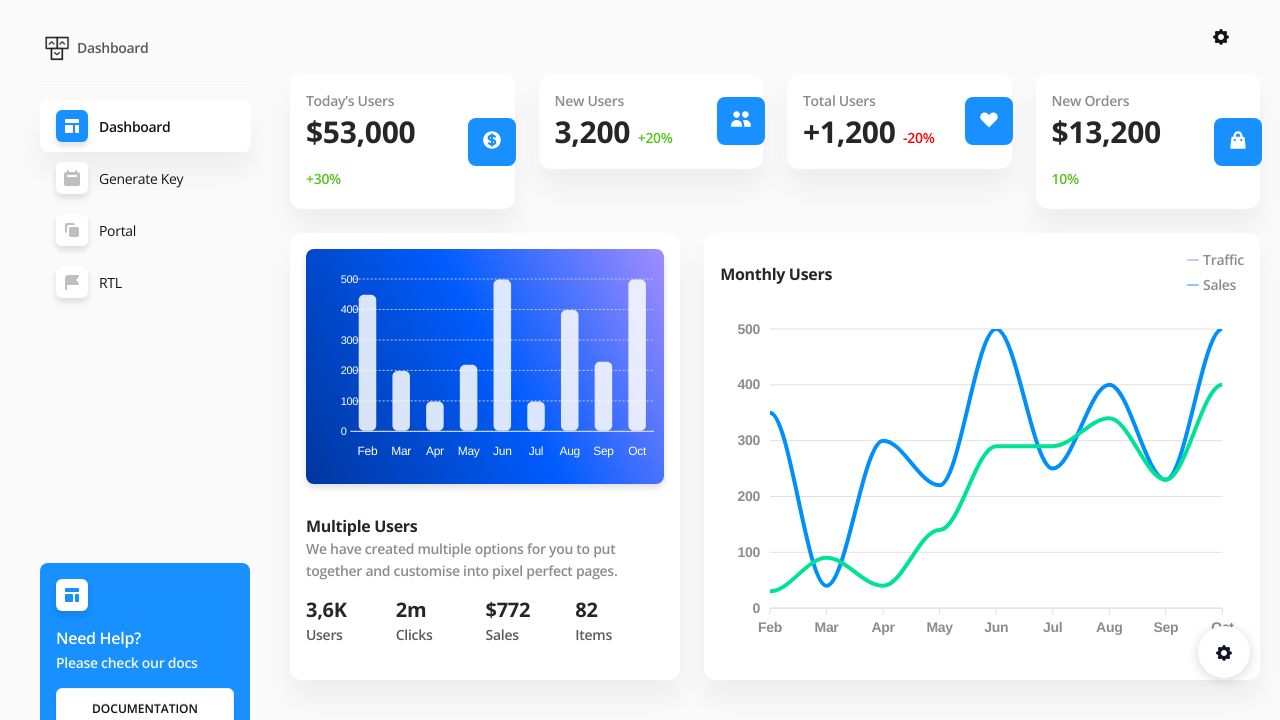
Repository: ahabalikhan/api-analytics-app-fe
Page: /
These files come from the project's save history. The page is drawn as it stood at one moment and after the next save; the edit follows.
The browser window is 1280 px wide. The pictures show the whole page.
The project was rebuilt for these pictures with package versions that can differ from the ones it lists, and the page was loaded fresh each time. Also part of the build but not shown: src/pages/Profile.js, src/components/layout/Footer.js. Imported but missing from the stored project, and not drawn on this page: src/pages/Billing, src/pages/Rtl, src/pages/Tables.

Above is the page before, as saved 2022-07-16 22:05:39.

### src/assets/styles/responsive.css
/*!
=========================================================
* Muse Ant Design Dashboard - v1.0.0
=========================================================
* Product Page: https://www.creative-tim.com/product/muse-ant-design-dashboard
* Copyright 2021 Creative Tim (https://www.creative-tim.com)
* Licensed under MIT (https://github.com/creativetimofficial/muse-ant-design-dashboard/blob/main/LICENSE.md)
* Coded by Creative Tim
=========================================================
* The above copyright notice and this permission notice shall be included in all copies or substantial portions of the Software.
*/
@media (min-width: 992px) {
  .layout-dashboard .ant-layout-footer {
    margin: 0 0 20px 20px;
  }
  .layout-dashboard .ant-layout-sider.sider-primary {
    margin: 20px 0 0 20px;
    padding: 13px 20px;
    height: calc(100vh - 20px);
  }
  .layout-dashboard .ant-layout {
    width: auto;
    flex-shrink: 1;
    margin-left: 270px;
  }
  .layout-dashboard .header-control .sidebar-toggler {
    display: none;
  }
}

@media (min-width: 768px) {
  .layout-dashboard .ant-layout-header {
    margin: 10px 20px;
  }
  .layout-dashboard .header-control {
    margin-top: 0;
  }
  .layout-dashboard .header-control .header-search {
    margin: 0 7px;
  }
  .layout-dashboard .header-control .btn-sign-in span {
    display: inline;
  }
  .profile-nav-bg {
    margin-top: -87.8px;
  }
  .card-profile-head {
    margin: -53px 24px 24px;
  }
}

@media (min-width: 992px) {
  .card-billing-info.ant-card .ant-card-body {
    display: flex;
  }
  .layout-dashboard-rtl {
    overflow: auto;
  }
  .layout-dashboard-rtl .ant-layout-sider.sider-primary {
    margin: 20px 20px 0 0;
    height: calc(100vh - 20px);
  }
  .layout-dashboard-rtl .ant-layout-sider.sider-primary {
    right: 0;
    left: auto;
  }
  .layout-dashboard-rtl .ant-layout-sider.sider-primary {
    right: 0;
    left: auto;
  }
  .layout-dashboard-rtl .ant-layout {
    margin-right: 270px;
    margin-left: 0;
  }
  .layout-dashboard-rtl .ant-layout-footer {
    margin: 0 20px 20px 0;
  }
}

@media (max-width: 768px) {
  .layout-dashboard.layout-dashboard-rtl .header-control {
    justify-content: flex-end;
  }
}

### src/components/chart/configs/eChart.js
const eChart = {
  series: [
    {
      name: "Clicks",
      data: [450, 200, 100, 220, 500, 100, 400, 230, 500],
      color: "#fff",
    },
  ],

  options: {
    chart: {
      type: "bar",
      width: "100%",
      height: "auto",

      toolbar: {
        show: false,
      },
    },
    plotOptions: {
      bar: {
        horizontal: false,
        columnWidth: "55%",
        borderRadius: 5,
      },
    },
    dataLabels: {
      enabled: false,
    },
    stroke: {
      show: true,
      width: 1,
      colors: ["transparent"],
    },
    grid: {
      show: true,
      borderColor: "#ccc",
      strokeDashArray: 2,
    },
    xaxis: {
      categories: [
        "Feb",
        "Mar",
        "Apr",
        "May",
        "Jun",
        "Jul",
        "Aug",
        "Sep",
        "Oct",
      ],
      labels: {
        show: true,
        align: "right",
        minWidth: 0,
        maxWidth: 160,
        style: {
          colors: [
            "#fff",
            "#fff",
            "#fff",
            "#fff",
            "#fff",
            "#fff",
            "#fff",
            "#fff",
            "#fff",
            "#fff",
          ],
        },
      },
    },
    yaxis: {
      labels: {
        show: true,
        align: "right",
        minWidth: 0,
        maxWidth: 160,
        style: {
          colors: [
            "#fff",
            "#fff",
            "#fff",
            "#fff",
            "#fff",
            "#fff",
            "#fff",
            "#fff",
            "#fff",
            "#fff",
          ],
        },
      },
    },

    tooltip: {
      y: {
        formatter: function (val) {
          return "$ " + val + " thousands";
        },
      },
    },
  },
};

export default eChart;

Loaded but not shown: public/index.html (common file); src/index.js (common file); src/pages/Home.js (487 lines, source omitted); src/components/layout/Header.js (337 lines, source omitted); src/pages/SignIn.js (200 lines, source omitted); src/pages/Portal.js (171 lines, source omitted); src/components/layout/Sidenav.js (157 lines, source omitted); src/components/layout/Main.js (118 lines, source omitted); src/components/chart/EChart.js (71 lines, source omitted); src/components/chart/configs/lineChart.js (87 lines, source omitted); src/App.js (33 lines, source omitted); src/components/chart/LineChart.js (35 lines, source omitted); src/assets/styles/main.css (3043 lines, source omitted)

After the next save:
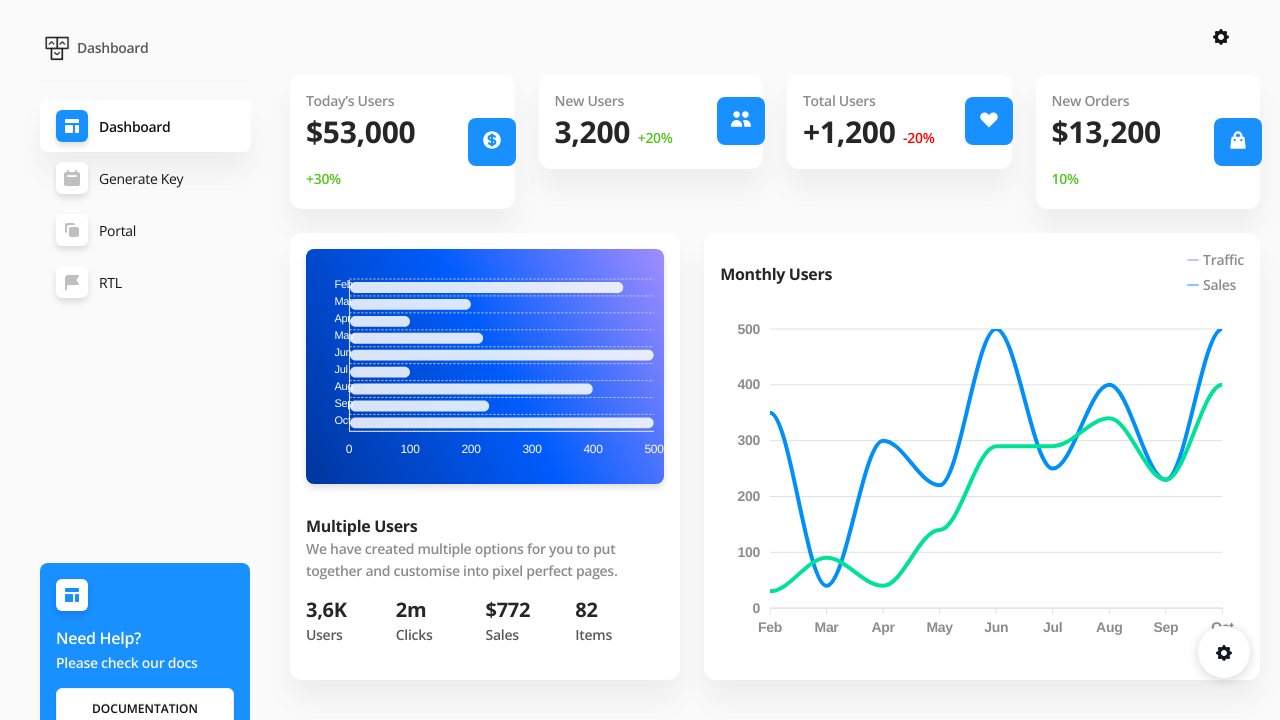
Saved 23 s later.
--- a/src/components/chart/configs/eChart.js
+++ b/src/components/chart/configs/eChart.js
@@ -19,7 +19,7 @@
     },
     plotOptions: {
       bar: {
-        horizontal: false,
+        horizontal: true,
         columnWidth: "55%",
         borderRadius: 5,
       },

After the save that followed:
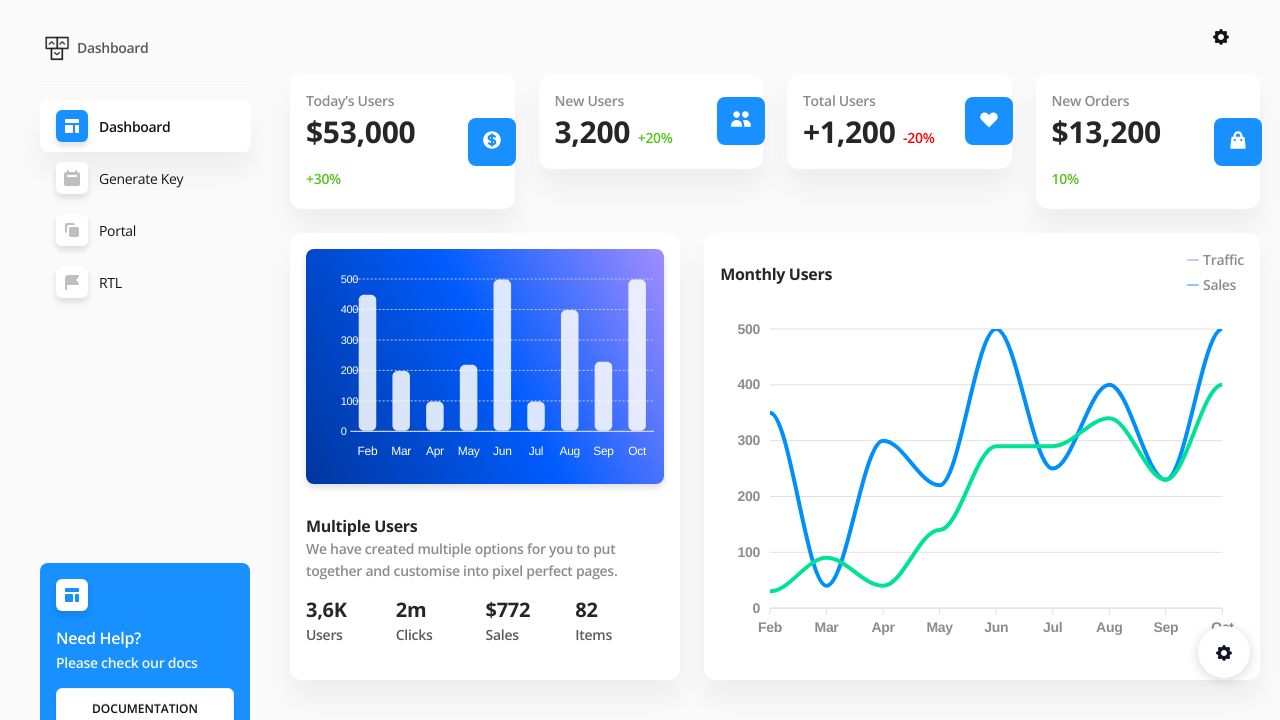
Saved 25 s later.
--- a/src/components/chart/configs/eChart.js
+++ b/src/components/chart/configs/eChart.js
@@ -19,7 +19,7 @@
     },
     plotOptions: {
       bar: {
-        horizontal: true,
+        horizontal: false,
         columnWidth: "55%",
         borderRadius: 5,
       },
